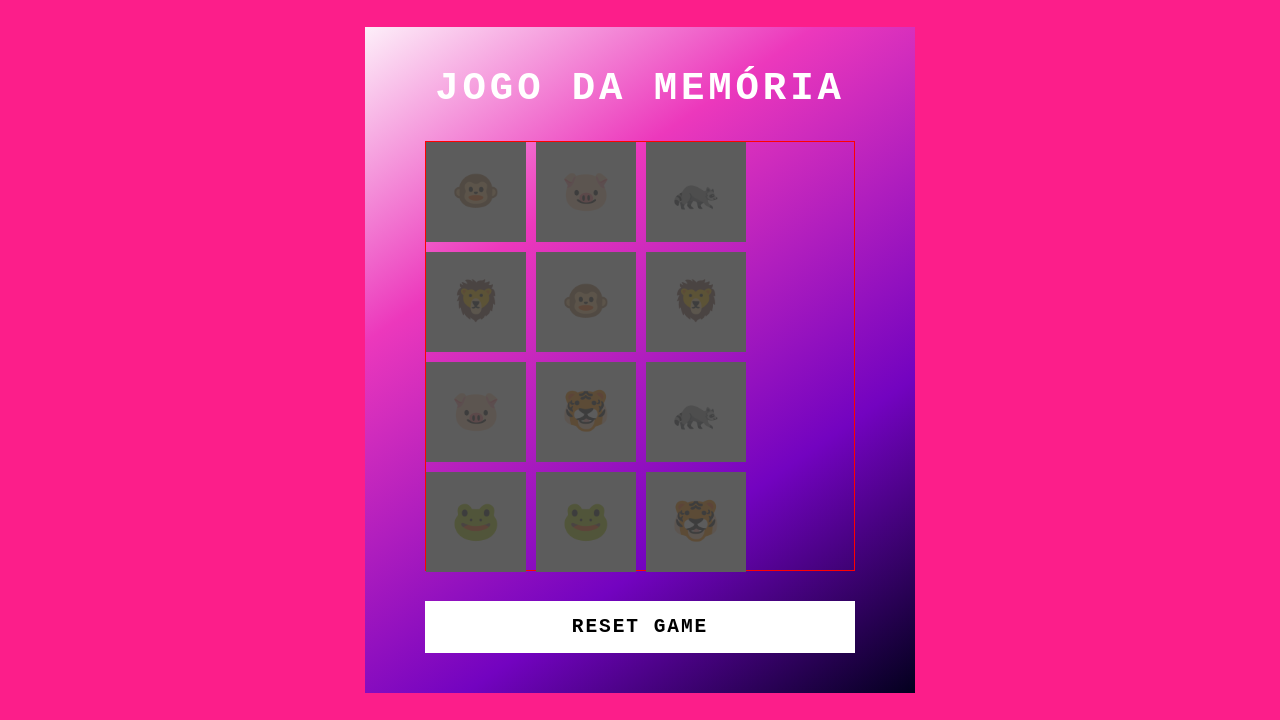
Repository: gustavotwist/memory-game
Page: index.html
These files come from the project's save history. The page is drawn as it stood at one moment and after a run of saves; the edit follows.
The browser window is 1280 px wide. The pictures show the whole page.

Above is the page before, as saved 2024-10-20 15:15:47.

### index.html
<!DOCTYPE html>
<html lang="pt-br">
<head>
    <meta charset="UTF-8">
    <meta name="viewport" content="width=device-width, initial-scale=1.0">
    <title>Jogo Da Memória</title>
    <link rel="stylesheet" href="./src/styles/reset.css">
    <link rel="stylesheet" href="./src/styles/main.css">
</head>
<body>
    <div class="container">
        <h2>JOGO DA MEMÓRIA</h2>
        <div class="game"></div>
        <button class="reset"
        onclick="window.location.reload()"
        >RESET GAME</button>
    </div>


    <script src="./src/scripts/engine.js" defer></script>
</body>
</html>

### src/styles/main.css
body {
    display: flex;
    justify-content: center;
    align-items: center;
    min-height: 100vh;
    background: #fc1e8a;
    user-select: none;
}

.container {
    position: relative;
    display: flex;
    flex-direction: column;
    justify-content: center;
    align-items: center;
    gap: 30px;
    background: linear-gradient(325deg, #03001e 0%, #7303c0 30%, #ec38bc 70%, #fdeff9 100%);
    padding: 40px 60px;
}

h2 {
    font-size: 3em;
    color: #fff;
    text-transform: uppercase;
    letter-spacing: 0.1em;
}

.reset {
    padding: 15px 20px;
    width: 100%;
    color: #000;
    background-color: #fff;
    border: none;
    font-size: 1.5em;
    letter-spacing: 0.1em;
    text-transform: uppercase;
    cursor: pointer;
    font-weight: 600;
}

.reset:focus {
    color: #ec38bc;
    background-color: #262809;
}

.game {
    border: 1px solid red;
    width: 430px;
    height: 430px;
    display: flex;
    flex-wrap: wrap;
    gap: 10px;
    transform-style: preserve-3d;
    perspective: 500px;
}

.item {
    position: relative;
    width: 100px;
    height: 100px;
    display: flex;
    align-items: center;
    justify-content: center;
    background-color: #fff;

    font-size: 3em;
    transform: rotateY(180deg);
    transition: 0.25s;
}

.item::after {
    content: "";
    position: absolute;
    inset: 0;
    background: #404040;
    transition: 0.25s;
    transform: rotateY(0deg);
    backface-visibility: hidden;
    opacity: 0.85;
}

### src/scripts/engine.js
const emojis = [
    "🦁",
    "🦁",
    "🐯",
    "🐯",
    "🐷",
    "🐷",
    "🦝",
    "🦝",
    "🐵",
    "🐵",
    "🐸",
    "🐸",
];
let openCards = [];

let shuffleEmojis = emojis.sort(() => (Math.random() > 0.5 ? 2 : -1));

for(let i=0; i < emojis.length; i++) {
    let box = document.createElement("div");
    box.className = "item";
    box.innerHTML = shuffleEmojis[i];
    box.onclick = handleClick;
    document.querySelector(".game").appendChild(box);
}

function handleClick() {
    if(openCards.length < 2) {
        this.classList.add("boxOpen");
        openCards.push(this);
    }

    if(openCards.length == 2) {
        setTimeout(checkMatch, 500);
    }
}

Loaded but not shown: src/styles/reset.css (common file)

After the next 4 saves:
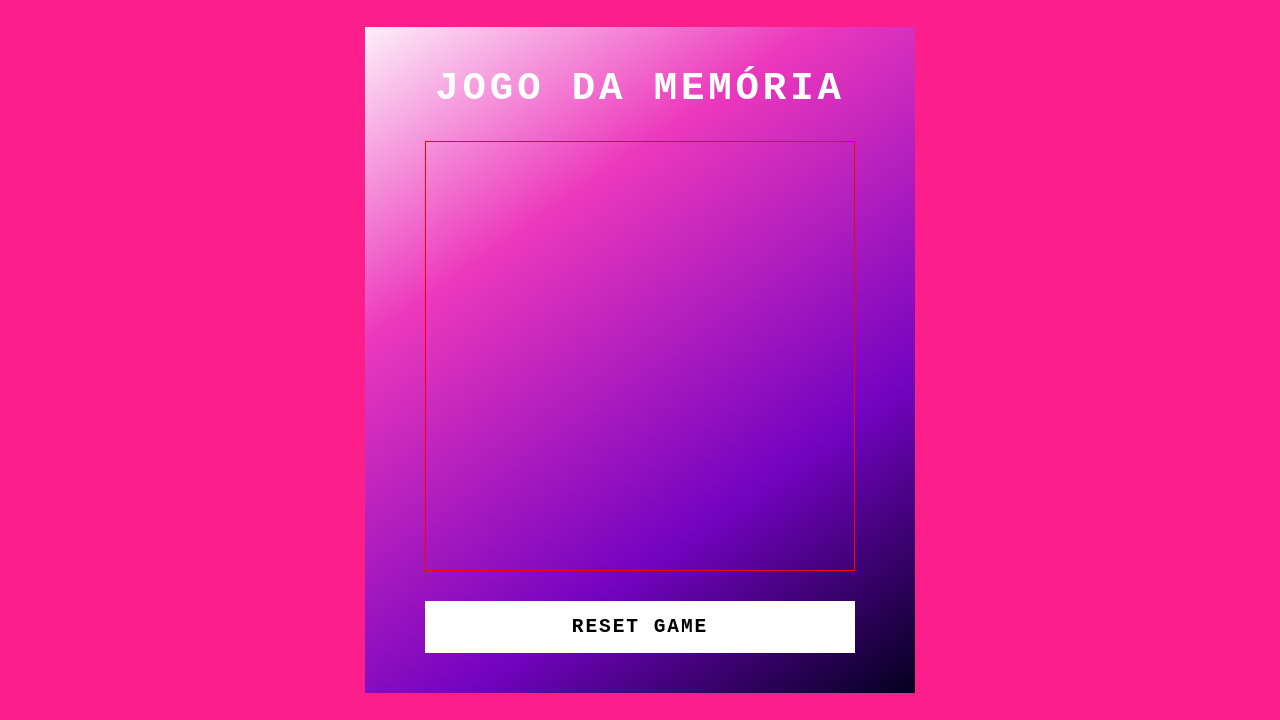
Console error: SyntaxError: Unexpected end of input
The 4 saves are shown as one change because they came seconds apart.
The last was saved 54 s later.
--- a/src/scripts/engine.js
+++ b/src/scripts/engine.js
@@ -34,3 +34,5 @@ function handleClick() {
         setTimeout(checkMatch, 500);
     }
 }
+
+function checkMatch

After the 4 saves that followed:
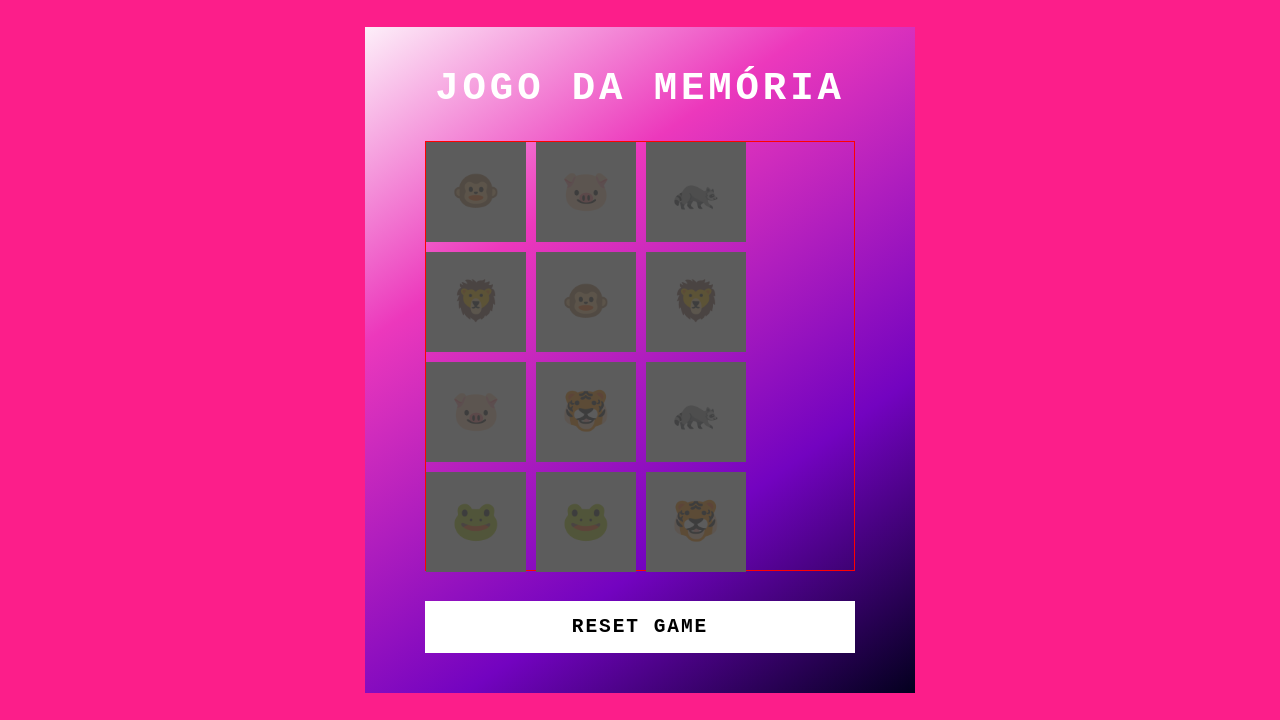
The error is gone.
The 4 saves are shown as one change because they came seconds apart.
The last was saved 10 s later.
--- a/src/scripts/engine.js
+++ b/src/scripts/engine.js
@@ -35,4 +35,6 @@ function handleClick() {
     }
 }
 
-function checkMatch
+function checkMatch() {
+
+}
